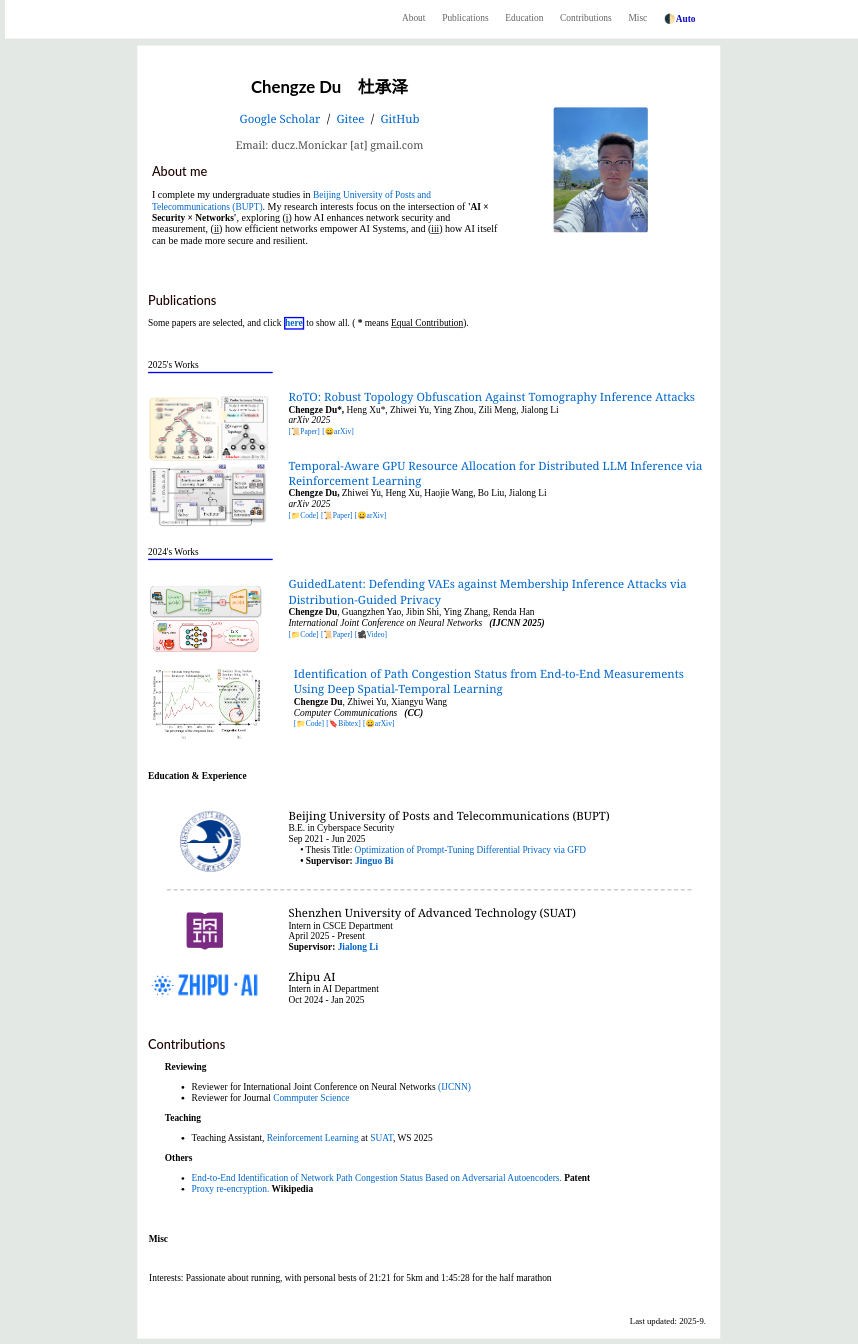
Repository: Monickar/Monickar.github.io
Page: index.html
These files come from the project's save history. The page is drawn as it stood at one moment and after the next save; the edit follows.
The browser window is 1280 px wide. The pictures show the whole page, at 67% of full size.

Above is the page before, as saved 2025-10-28 18:53:46.

After the next save:
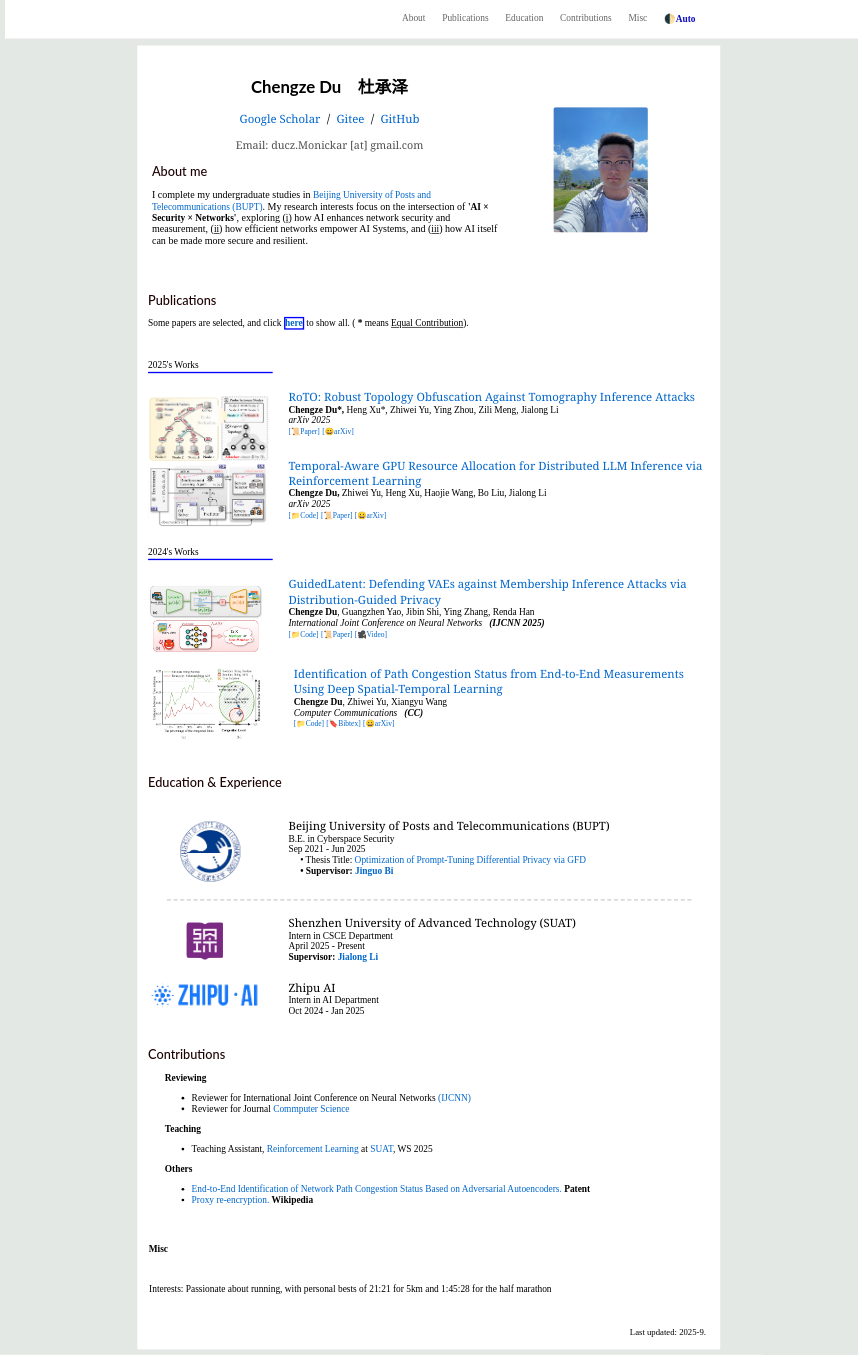
Saved 11 s later.
--- a/index.html
+++ b/index.html
@@ -227,7 +227,7 @@
           <table style="width:100%;border:0px;border-spacing:0px;border-collapse:separate;margin-right:auto;margin-left:auto;"><tbody>
             <tr>
             <td style="padding:16px;width:100%;vertical-align:middle">
-              <h2>Education & Experience</h2>
+              <h2 class="subtitle">Education & Experience</h2>
             </td>
           </tr>
         </tbody></table>
